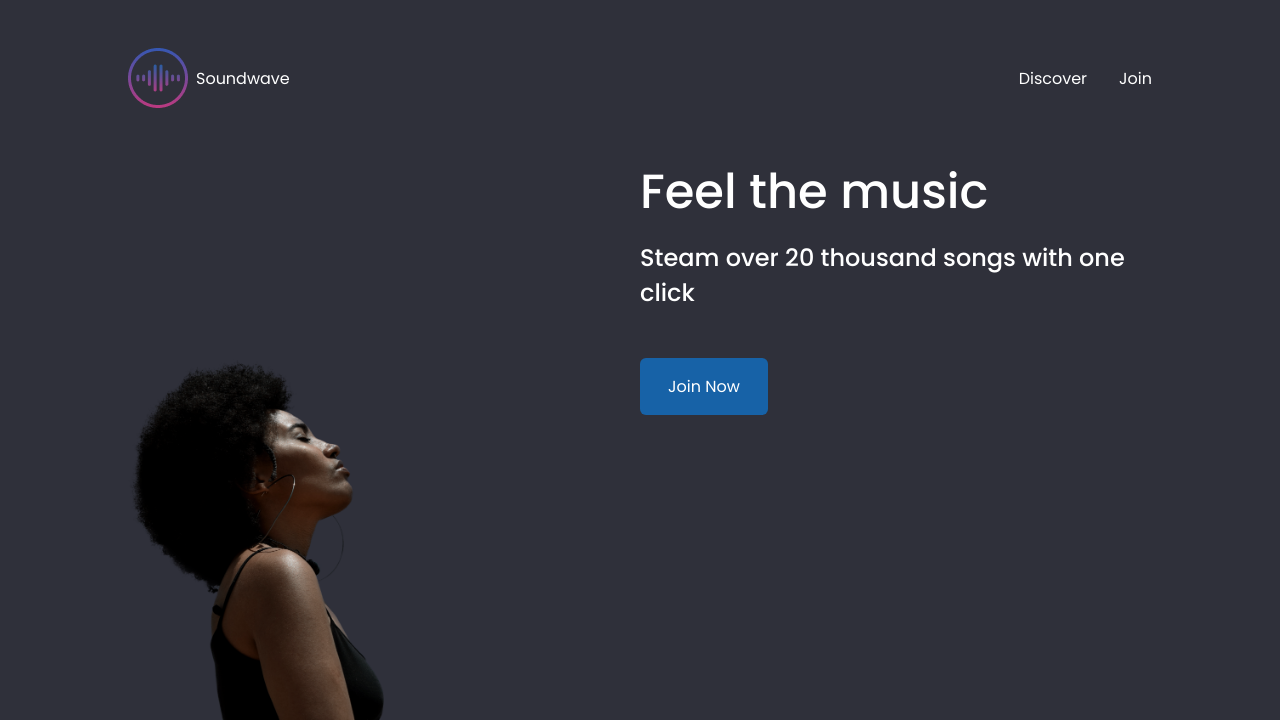
Repository: Hiiiij/soundwave
Page: pages/index.html
The author's editor kept a copy of each file at every save. The page is drawn from the files as they stood at one save, then again after the next save.
The browser window is 1280 px wide. The pictures show the whole page.

Above is the page before, as saved 2020-06-30 13:11:09.

### pages/index.html
<!DOCTYPE html>
<html lang="en">
  <head>
    <meta charset="UTF-8" />
    <meta name="viewport" content="width=device-width, initial-scale=1.0" />
    <link rel="stylesheet" href="../style.css">
    <title>Soundwave</title>
  </head>
  <body class="main-container page-content">
    <header class="header">
        <!-- <div class="main-container"> -->
        <a href="/" class="logo">
          <img src="../assets/icons/logo.png" alt="logo-soundwave" />
          <span class="logotype">Soundwave</span>
        </a>
        <nav class="header-nav">
          <ul>
            <li>
              <a href="/pages/discover.html">Discover</a>
            </li>
            <li>
              <a href="/pages/join.html">Join</a>
            </li>
          </ul>
        </nav>
       <!-- </div>  -->
    </header>
    <section class="home-main">
      <div class="img-wrapper">
        <div class="img">
        </div>
      </div>

      <div class="heading">
        <h1 class="title">Feel the music</h1>
        <h2 class="subt">Steam over 20 thousand songs with one click</h2>
        <a href="/pages/join.html" class="button-primary">Join Now</a>
      </div>



    </section>
  </body>
</html>

### style.css
@import url("https://fonts.googleapis.com/css?family=Poppins:400,500,700");

*,
*::before,
*::after {
  box-sizing: border-box;
}

:root {
  /* colors  */
  --main-bg-color: #2f303a;
  --pink-circle: #3d3141;
  --blue-circle: #2f3446;
  --footer-bg: #202027;
  --primary-link-hover: #a07fe8;
  --button-primary: #1762a7;
  --button-hover: #3a90e1;
  --accent-text: #bc3a80;
  --primary-text: #ffffff;
  --link-hover: #ffb515;

  /* typography */
  --h4-font-size: 1rem;
  --h1-font-size: 3rem;
  --h2-font-size: 1.5rem;
  /* --accent-font-size: 1.25rem; */
  --btn-text: 0.75rem;
  --font-bold:500;

  /* breakpoitns */
  --xs-breakpoint: 0px;
  --sm-breakpoint: 600px;
  --md-breakpoint: 960px;
  --lg-breakpoint: 1280px;
  --xl-breakpoint: 1920px;
}

/* general style*/
body {
  padding: 0;
  margin: 0;
  font-family: "Poppins", sans-serif;
  background-color: var(--main-bg-color);
  color: var(--primary-text);
  font-size: var( --h4-font-size);
  min-height:100vh;
}

.page-content{
  display:flex;
  flex-direction:column;
}
.main-container{
  max-width: 80vw;
  max-height:100vh;
  margin:0 auto;
}

.header{
  display:flex;
  justify-content:space-between;
  align-items:center;
  /* height:8rem; */
  padding: 3rem 0;
}

.logo{
  display:flex;
  align-items:center;
  color:inherit;
  font-size: var(--h3-font-size);
  text-decoration:none;
}

.logotype{
  margin-left: .5rem;
}

.header-nav ul{
display: flex;
list-style:none;
margin:0;
padding:0;
}

.header-nav > ul > li:not(:last-child) {
  margin-right: 2rem;
}

.header-nav a {
text-decoration: none;
color: inherit;
}

.header-nav a:hover{
  color: var(--link-hover)
}

/* .heading{
  margin-top:0;
  margin-bottom: 0;
} */

.title{
  font-weight: var(--font-bold);
  font-size: var(--h1-font-size);
  margin-bottom: 0;
  margin-top:0;

}
 .subt{
   font-weight:var(--font-bold);
   font-size: var(--h2-font-size);
   margin-top: .75rem;
   margin-bottom:3rem;

 }
.button-primary {
  border:0;
  padding-top: 1rem;
  padding-bottom: 1rem;
  width: 8rem;
  display: inline-block;
  border-radius: 6px;
  background-color: var(--button-primary);
  text-align: center;
  color: var(--primary-text);
  text-decoration: none;

}

.home-main{
display:flex;
align-items:stretch;
flex-grow:1;
justify-content: space-between;
}

.home-main .img-wrapper{
display:flex;
flex-grow:1;
flex-direction: column;
align-items:stretch;
justify-content:flex-end;

}

.home-main .img{
  background-image: url(./assets/images/landing-page-girl.png);
  background-repeat: no-repeat;
  flex-grow:1;
  max-height: 70vh;
  min-width:40vw;
   background-size: 50%;
  background-position: 0 bottom;
  align-items: center; */
  justify-content: flex-end;
  z-index:1;
}

After the next save:
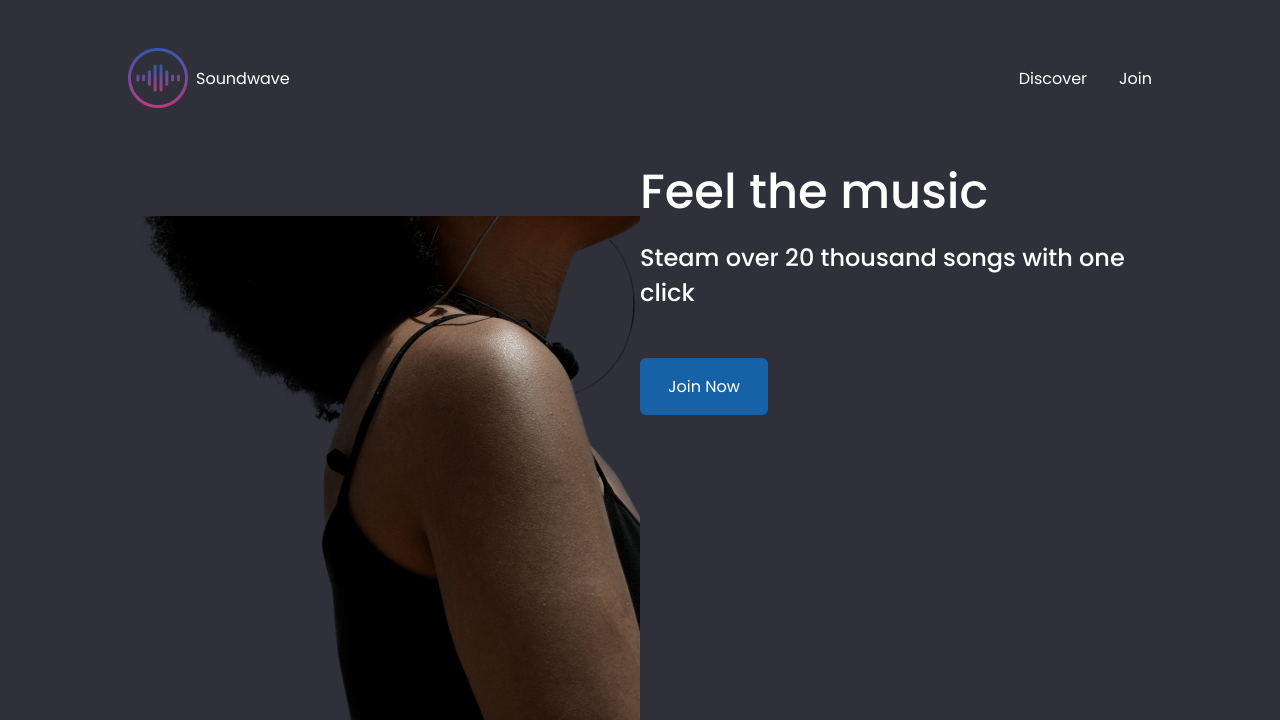
Saved 16 s later.
--- a/style.css
+++ b/style.css
@@ -151,7 +151,7 @@
   flex-grow:1;
   max-height: 70vh;
   min-width:40vw;
-   background-size: 50%;
+   /* background-size: 50%; */
   background-position: 0 bottom;
   align-items: center; */
   justify-content: flex-end;

After the save that followed:
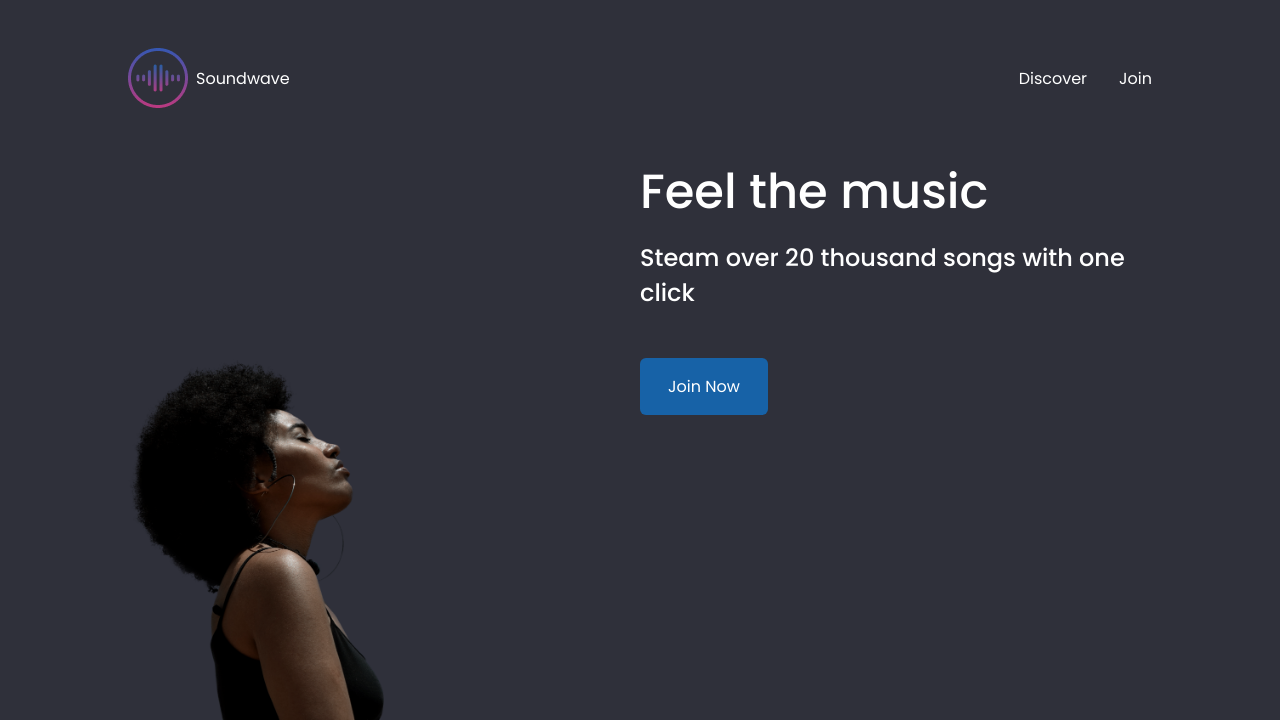
Saved 9 s later.
--- a/style.css
+++ b/style.css
@@ -151,7 +151,7 @@
   flex-grow:1;
   max-height: 70vh;
   min-width:40vw;
-   /* background-size: 50%; */
+   background-size: 50%;
   background-position: 0 bottom;
   align-items: center; */
   justify-content: flex-end;
